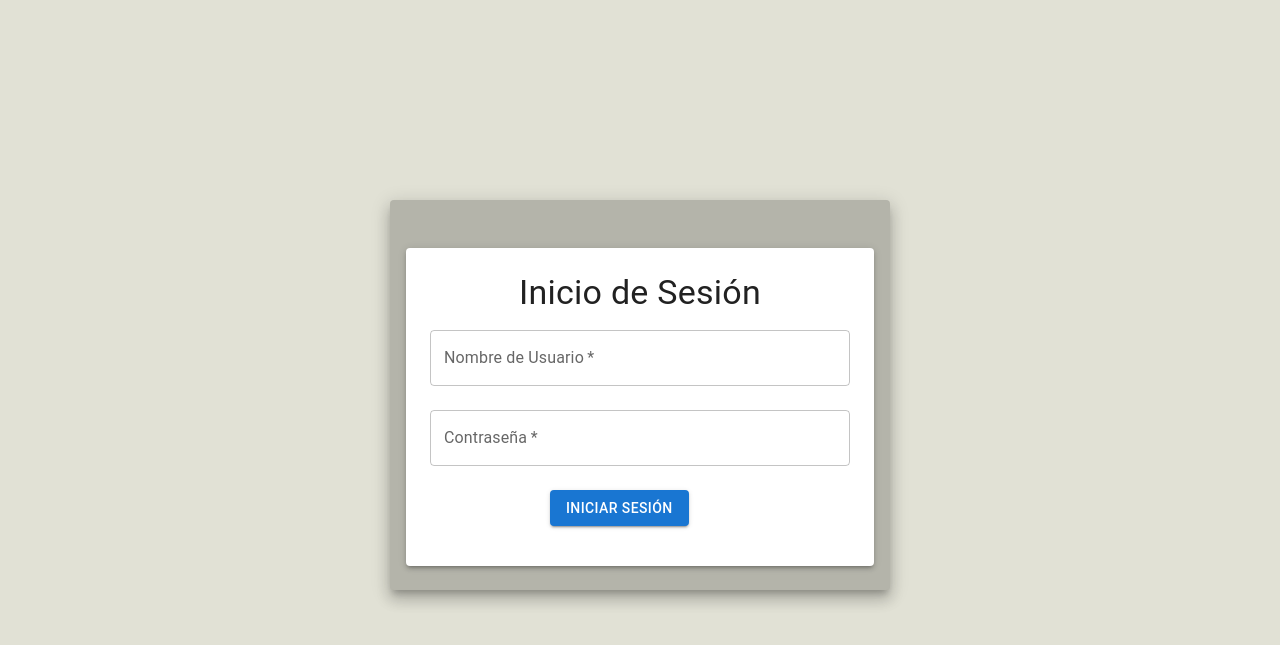
Repository: Mpablom/usuarioCaC-integrador-final-front
Page: /
These files come from the project's save history. The page is drawn as it stood at one moment and after the next save; the edit follows.
The browser window is 1280 px wide. The pictures show the whole page.
The project was rebuilt for these pictures with package versions that can differ from the ones it lists, and the page was loaded fresh each time. Also part of the build but not shown: vite.config.ts, src/components/UsuariosTable.tsx.

Above is the page before, as saved 2024-07-11 00:35:28.

### src/App.tsx
// App.tsx (o donde configures tus rutas)
import React from 'react';
import {
  BrowserRouter as Router,
  Route,
  Routes,
  Navigate,
} from 'react-router-dom';
import Login from './components/Login'; // Componente de inicio de sesión
import UsuariosTable from './components/UsuariosTable'; // Componente de la tabla de usuarios

const App: React.FC = () => {
  return (
    <Router>
      <Routes>
        <Route path="/login" element={<Login />} />
        <Route path="/usuarios" element={<UsuariosTable />} />
        <Route path="/" element={<Navigate to="/login" />} />
      </Routes>
    </Router>
  );
};

export default App;

### src/index.css
 :root {
  font-family: system-ui, -apple-system, BlinkMacSystemFont, 'Segoe UI', Roboto;
  line-height: 1.5;
  /* font-weight: 400; */

  color-scheme: light dark;
  color: rgba(255, 255, 255, 0.87);
  background-color: #E1E1D5;

  font-synthesis: none;
  text-rendering: optimizeLegibility;
  -webkit-font-smoothing: antialiased;
  -moz-osx-font-smoothing: grayscale;
}
Card{
  background-color: #B4B4AA;
}
/*
a {
  font-weight: 500;
  color: #646cff;
  text-decoration: inherit;
}
a:hover {
  color: #535bf2;
}

body {
  margin: 0;
  display: flex;
  place-items: center;
  min-width: 320px;
  min-height: 100vh;
}

h1 {
  font-size: 3.2em;
  line-height: 1.1;
  color: #1a1a1a;
}

button {
  border-radius: 8px;
  border: 1px solid transparent;
  padding: 0.6em 1.2em;
  font-size: 1em;
  font-weight: 500;
  font-family: inherit;
  background-color: #1a1a1a;
  cursor: pointer;
  transition: border-color 0.25s;
}
button:hover {
  border-color: #646cff;
}
button:focus,
button:focus-visible {
  outline: 4px auto -webkit-focus-ring-color;
}

@media (prefers-color-scheme: light) {
  :root {
    color: #213547;
    background-color: #ffffff;
  }
  a:hover {
    color: #747bff;
  }
  button {
    background-color: #f9f9f9;
  }
}
 */

### src/components/Login.tsx
import {
  Button,
  Card,
  CardContent,
  CardHeader,
  Container,
  TextField,
  Typography,
} from "@mui/material";
import { login } from "../axios/UsuarioApi";
import { useState } from "react";
import { useNavigate } from "react-router-dom";

const Login: React.FC = () => {
  const [username, setUsername] = useState("");
  const [password, setPassword] = useState("");
  const [error, setError] = useState("");
  const navigate = useNavigate();
  const handleLogin = async (event: React.FormEvent<HTMLFormElement>) => {
    event.preventDefault();
    setError("");
    try {
      const response = await login({ username, password });
      if (response.message === "Autenticación exitosa") {
        navigate("/usuarios");
      }
    } catch (error) {
      setError("Error al iniciar sesión");
    }
  };
  return (
    <Card
      sx={{
        maxWidth: 500,
        margin: "auto",
        boxShadow: "10",
        mt: '200px',
        bgcolor: "#B4B4AA",
      }}
    >
      <CardHeader />
      <CardContent>
        <Container sx={{ bgcolor: "#FFFFFF", p: 3, boxShadow: 3, borderRadius: 1 }}>
          <Typography variant="h4" component="h1" textAlign={"center"}>
            Inicio de Sesión
          </Typography>
          <form onSubmit={handleLogin}>
            <TextField
              label="Nombre de Usuario"
              variant="outlined"
              fullWidth
              margin="normal"
              value={username}
              onChange={(e) => setUsername(e.target.value)}
              required
            />
            <TextField
              label="Contraseña"
              variant="outlined"
              fullWidth
              margin="normal"
              type="password"
              value={password}
              onChange={(e) => setPassword(e.target.value)}
              required
            />
            {error && (
              <Typography color="error" variant="body2">
                {error}
              </Typography>
            )}
            <Button type="submit" variant="contained" color="primary" sx={{ ml:15,my: 2 }}>
              Iniciar Sesión
            </Button>
          </form>
        </Container>
      </CardContent>
    </Card>
  );
};

export default Login;

### src/axios/UsuarioApi.ts
import api from './Api';
import { Usuario, UsuarioLogin } from '../models/UsuarioModel';

export const getUsuarios = async (): Promise<Usuario[]> => {
  const response = await api.get('/usuarios');
  return response.data;
};

export const getUsuarioById = async (id: number): Promise<Usuario> => {
  const response = await api.get(`/usuarios/${id}`);
  return response.data;
};

export const createUsuario = async (usuario: Usuario): Promise<void> => {
  const response = await api.post('/usuarios', usuario);
  return response.data;
};

export const updateUsuario = async (id: number, usuario: Usuario): Promise<void> => {
  const response = await api.put(`/usuarios/${id}`, usuario);
  return response.data;
};

export const deleteUsuario = async (id: number): Promise<void> => {
  const response = await api.delete(`/usuarios/${id}`);
  return response.data;
};

export const restoreUsuario = async (id: number): Promise<void> => {
  const response = await api.patch(`/usuarios/${id}`);
  return response.data;
};
export const login = async (usuarioLogin: UsuarioLogin): Promise<Usuario> => {
    try {
        const response = await api.post(`/usuarios/login`, usuarioLogin);
        return response.data as Usuario; // Asegúrate de que response.data sea del tipo Usuario
    } catch (error) {
        if (error instanceof Error) {
            throw new Error(`Error al iniciar sesión: ${error.message}`);
        } else {
            throw new Error(`Error al iniciar sesión: Error desconocido`);
        }
    }
  }

### src/axios/api.ts
import axios from 'axios';

const api = axios.create({
  baseURL: 'http://localhost:8080',
  headers: {
    'Content-Type': 'application/json',
  },
});

export default api;

Loaded but not shown: index.html (common file); src/main.tsx (common file)

After the next save:
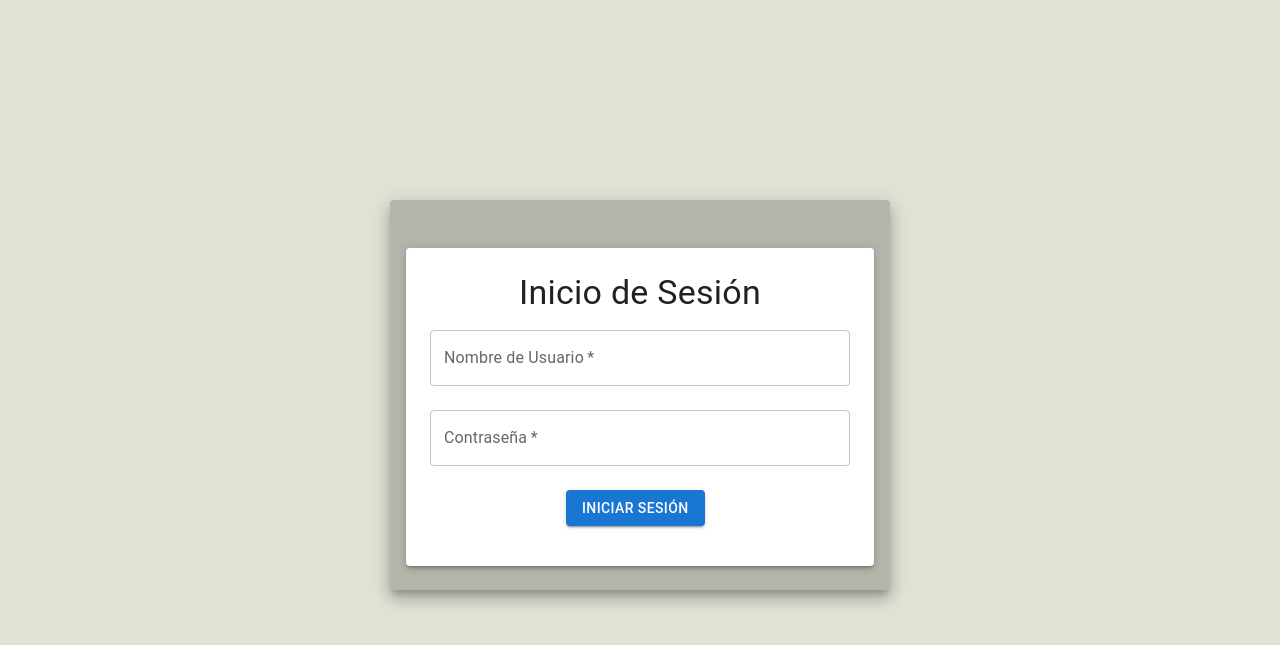
Saved 6 s later.
--- a/src/components/Login.tsx
+++ b/src/components/Login.tsx
@@ -69,7 +69,7 @@ const Login: React.FC = () => {
                 {error}
               </Typography>
             )}
-            <Button type="submit" variant="contained" color="primary" sx={{ ml:15,my: 2 }}>
+            <Button type="submit" variant="contained" color="primary" sx={{ ml:17,my: 2 }}>
               Iniciar Sesión
             </Button>
           </form>
